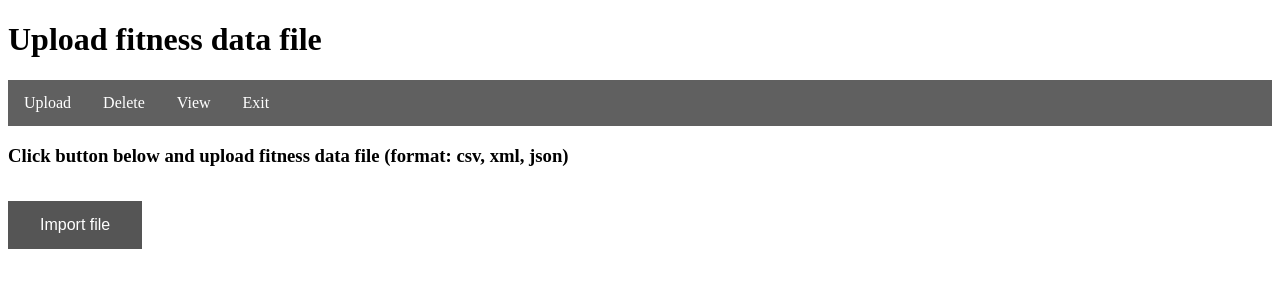
Repository: dmiropol/FitnessMemberTracker
Page: http://localhost/upload/records
These files come from the project's save history. The page is drawn as it stood at one moment and after the next save; the edit follows.
The browser window is 1280 px wide. The pictures show the whole page.
The page is served by the project's Node server (app.js).

Above is the page before, as saved 2018-11-15 14:25:33.

After the next save:
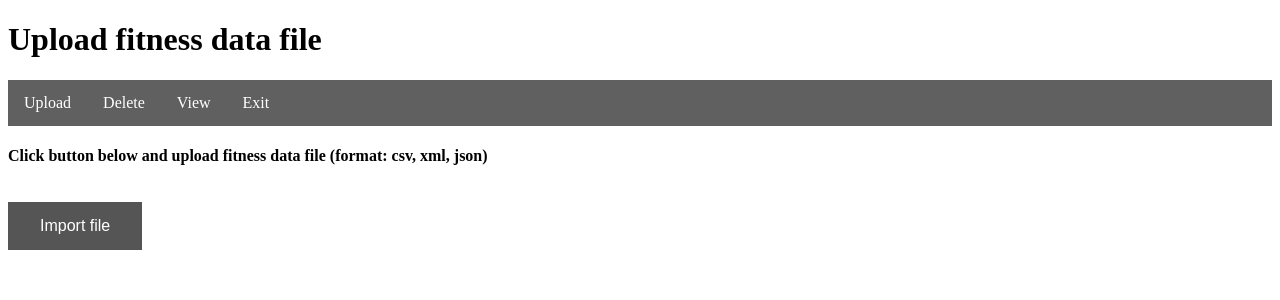
Saved 75 s later.
--- a/views/uploadRecord.ejs
+++ b/views/uploadRecord.ejs
@@ -10,7 +10,7 @@
 			<h1>  Upload fitness data file </h1>
 			<%- include('nav'); %>
 
-            <h3>  Click button below and upload fitness data file (format: csv, xml, json) </h3>
+            <h4>  Click button below and upload fitness data file (format: csv, xml, json) </h4>
         <div id="left" style="float:left; width:50%;">
         	<form name="externalData" id="">
 				<p><input type="button" class="button" id="loadBtn" value="Import file" onclick="document.getElementById('fileDialog').click();"></p>
